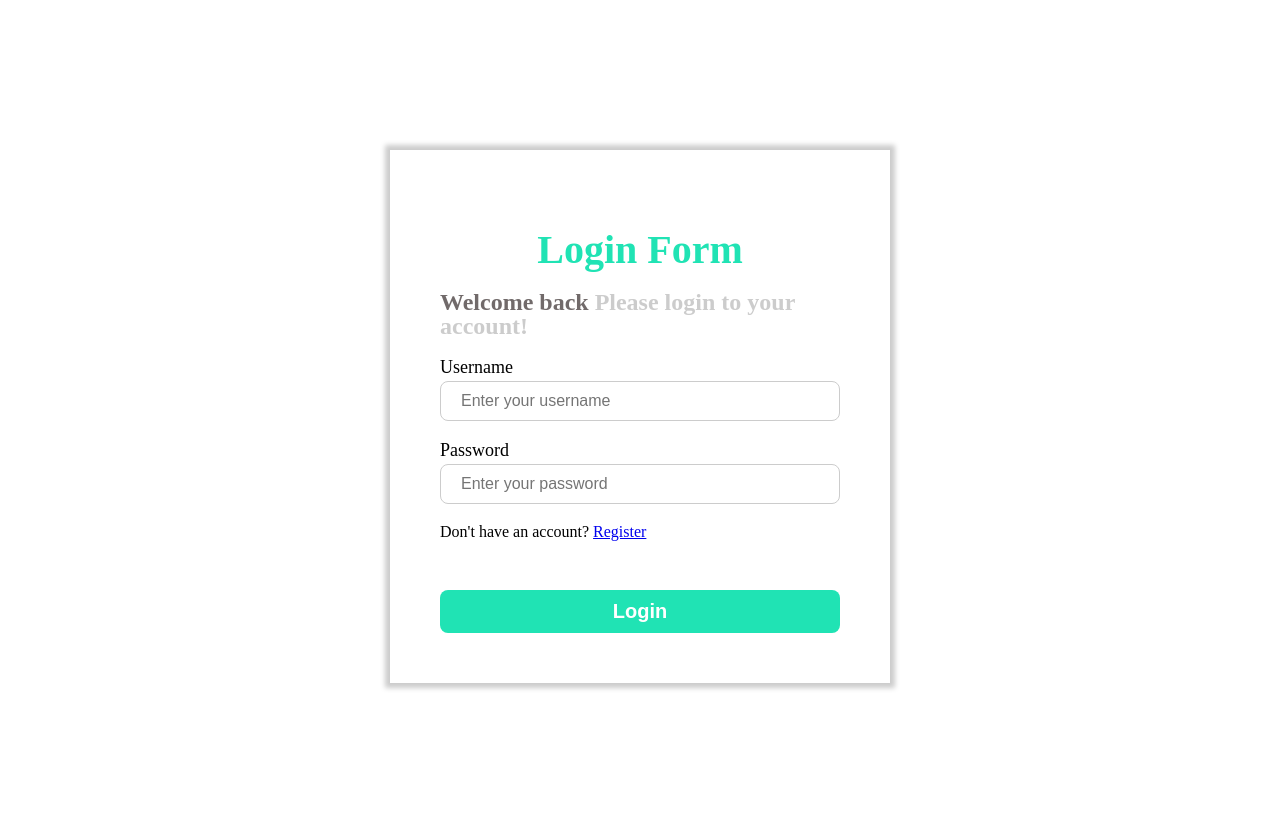
Repository: Trung0810/btl_cnpm_fe
Page: /
An editor plug-in stored every save of this project. The page is shown before and after the next save, followed by the edit.
The browser window is 1280 px wide. The pictures show the whole page.
The project was rebuilt for these pictures with package versions that can differ from the ones it lists, and the page was loaded fresh each time. Also part of the build but not shown: src/components/header/header.css, src/components/header/Header.js, src/components/footer/Footer.css, src/components/footer/Footer.js, src/components/shoes_list/ShoesCard.css, src/components/shoes_list/ShoesCard.js, src/components/shoes_list/ShoesList.css, src/components/shoes_list/ShoesList.js and 14 more.

Above is the page before, as saved 2026-03-31 09:42:19.

### public/index.html
<!doctype html>
<html lang="en">
  <head>
    <meta charset="utf-8" />
    <link rel="icon" href="%PUBLIC_URL%/favicon.ico" />
    <meta name="viewport" content="width=device-width, initial-scale=1" />
    <meta name="theme-color" content="#000000" />
    <meta
      name="description"
      content="Web site created using create-react-app"
    />
    <link rel="apple-touch-icon" href="%PUBLIC_URL%/logo192.png" />
    <!--
      manifest.json provides metadata used when your web app is installed on a
      user's mobile device or desktop. See https://developers.google.com/web/fundamentals/web-app-manifest/
    -->
    <link rel="manifest" href="%PUBLIC_URL%/manifest.json" />
    <!--
      Notice the use of %PUBLIC_URL% in the tags above.
      It will be replaced with the URL of the `public` folder during the build.
      Only files inside the `public` folder can be referenced from the HTML.

      Unlike "/favicon.ico" or "favicon.ico", "%PUBLIC_URL%/favicon.ico" will
      work correctly both with client-side routing and a non-root public URL.
      Learn how to configure a non-root public URL by running `npm run build`.
    -->
    <link rel="preconnect" href="https://fonts.googleapis.com" />
    <link rel="preconnect" href="https://fonts.gstatic.com" crossorigin />
    <link
      href="https://fonts.googleapis.com/css2?family=DM+Sans:ital,opsz,wght@0,9..40,100..1000;1,9..40,100..1000&family=Oswald:wght@200..700&display=swap"
      rel="stylesheet"
    />
    <title>React App</title>
  </head>
  <body>
    <noscript>You need to enable JavaScript to run this app.</noscript>
    <div id="root"></div>
    <!--
      This HTML file is a template.
      If you open it directly in the browser, you will see an empty page.

      You can add webfonts, meta tags, or analytics to this file.
      The build step will place the bundled scripts into the <body> tag.

      To begin the development, run `npm start` or `yarn start`.
      To create a production bundle, use `npm run build` or `yarn build`.
    -->
  </body>
</html>

### src/index.js
import React from "react";
import ReactDOM from "react-dom/client";
import App from "./App";
import reportWebVitals from "./reportWebVitals";
import "./index.css";
import "./reset.css";
import "@fortawesome/fontawesome-free/css/all.min.css";

const root = ReactDOM.createRoot(document.getElementById("root"));
root.render(
  <React.StrictMode>
    <App />
  </React.StrictMode>,
);

// If you want to start measuring performance in your app, pass a function
// to log results (for example: reportWebVitals(console.log))
// or send to an analytics endpoint. Learn more: https://bit.ly/CRA-vitals
reportWebVitals();

### src/App.js
import { Fragment } from "react";
import Header from "./components/header/Header";
import Footer from "./components/footer/Footer";
import HomePage from "./components/home_page/HomePage";
import ShoesPage from "./components/shoes_page/ShoesPage";
import LoginForm from "./components/login_form/LoginForm";
import "./App.css";

function App() {
  return (
    <Fragment>
      {/* <Header></Header>
      <HomePage></HomePage>
      <ShoesPage></ShoesPage>
      <Footer></Footer> */}
      <LoginForm></LoginForm>
    </Fragment>
  );
}

export default App;

### src/index.css
body {
  margin: 0;
  font-family:
    -apple-system, BlinkMacSystemFont, "Segoe UI", "Roboto", "Oxygen", "Ubuntu",
    "Cantarell", "Fira Sans", "Droid Sans", "Helvetica Neue", sans-serif;
  -webkit-font-smoothing: antialiased;
  -moz-osx-font-smoothing: grayscale;
  font-family: "DM Sans", sans-serif;
}
body::-webkit-scrollbar {
  display: none;
}
code {
  font-family:
    source-code-pro, Menlo, Monaco, Consolas, "Courier New", monospace;
}
* {
  box-sizing: border-box;
}

### src/components/login_form/LoginForm.js
import React from "react";
import { useForm } from "react-hook-form";
import { yupResolver } from "@hookform/resolvers/yup";
import * as yup from "yup";
import "./LoginForm.css";

const LoginForm = () => {
  const schema = yup.object({
    username: yup
      .string()
      .required("Please enter your username!")
      .min(8, "Must be at least 8 characters!")
      .max(16, "Must be at most 16 characters!"),
    password: yup.string().required("Please enter your password!"),
  });

  const {
    register,
    handleSubmit,
    formState: { errors, isValid },
  } = useForm({
    mode: "onChange",
    resolver: yupResolver(schema),
  });

  const submit = (values) => {
    console.log(values);
  };

  return (
    <form className="login-form" onSubmit={handleSubmit(submit)}>
      <h2 className="login-form-title">Login Form</h2>
      <h3 className="login-form-desc">
        <b>Welcome back</b> Please login to your account!
      </h3>
      <div className="login-form-wrapper">
        <label htmlFor="username">Username</label>
        <input
          type="text"
          id="username"
          className="login-form-input"
          placeholder="Enter your username"
          {...register("username")}
        />
        {errors.username && (
          <div className="login-form-error">{errors.username.message}</div>
        )}
      </div>
      <div className="login-form-wrapper">
        <label htmlFor="password">Password</label>
        <input
          type="text"
          id="password"
          className="login-form-input"
          placeholder="Enter your password"
          {...register("password")}
        />
        {errors.password && (
          <div className="login-form-error">{errors.password.message}</div>
        )}
      </div>
      <div className="login-form-option">
        <p>
          Don't have an account? <a href="#">Register</a>
        </p>
      </div>
      <button
        type="submit"
        className="login-form-button"
        style={{ pointerEvents: isValid ? "" : "none" }}
      >
        Login
      </button>
    </form>
  );
};

export default LoginForm;

### src/App.css
input {
  display: block;
  font-size: 16px;
  font-weight: 500;
  padding: 10px 20px;
  border: 1px solid #ccc;
  border-radius: 8px;
  outline: none;
}
button {
  display: block;
  width: 200px;
  padding: 10px 30px;
  font-size: 24px;
  font-weight: 500;
  border-radius: 8px;
  border: none;
  outline: none;
  cursor: pointer;
}

### src/components/login_form/LoginForm.css
.login-form {
  width: 500px;
  padding: 80px 50px 50px;
  margin: 150px auto;
  box-shadow: 0 0 5px 5px #ccc;
}
.login-form-title {
  font-size: 40px;
  font-weight: bold;
  color: #20e3b4;
  text-align: center;
  margin-bottom: 20px;
}
.login-form-desc {
  font-size: 24px;
  font-weight: bold;
  color: #ccc;
  text-align: left;
  margin-bottom: 20px;
}
.login-form-desc b {
  color: #716a6a;
}
.login-form-wrapper {
  display: flex;
  flex-direction: column;
  row-gap: 5px;
  margin-bottom: 20px;
}
.login-form-wrapper label {
  font-size: 18px;
  font-weight: 500;
}
.login-form-input {
  width: 100%;
}
.login-form-error {
  font-weight: 500;
  color: #de4242;
}
.login-form-option {
  font-size: 16px;
}
.login-form-button {
  width: 100%;
  background-color: #20e3b4;
  font-size: 20px;
  font-weight: bold;
  color: #fff;
  margin-top: 50px;
}

Loaded but not shown: src/reportWebVitals.js (common file); src/reset.css (common file)

After the next save:
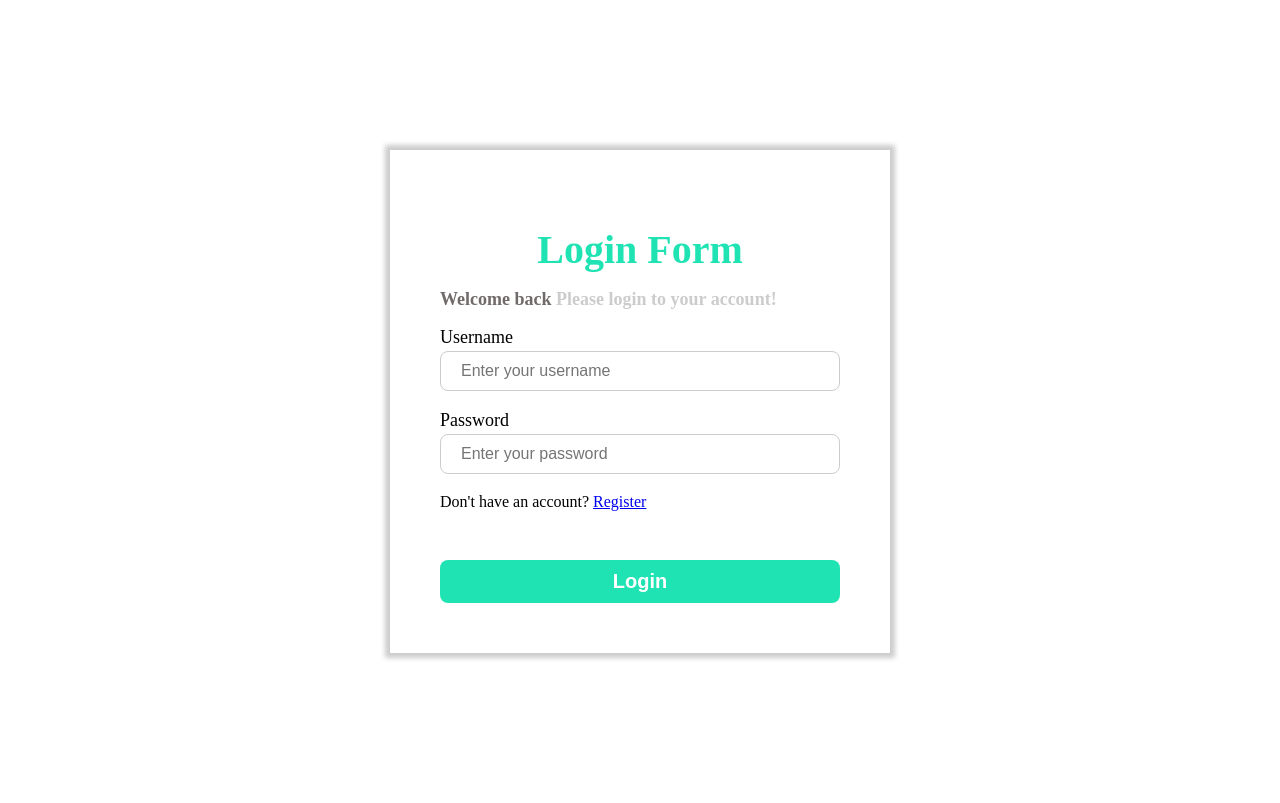
Saved 12 s later.
--- a/src/components/login_form/LoginForm.css
+++ b/src/components/login_form/LoginForm.css
@@ -12,7 +12,7 @@
   margin-bottom: 20px;
 }
 .login-form-desc {
-  font-size: 24px;
+  font-size: 18px;
   font-weight: bold;
   color: #ccc;
   text-align: left;
